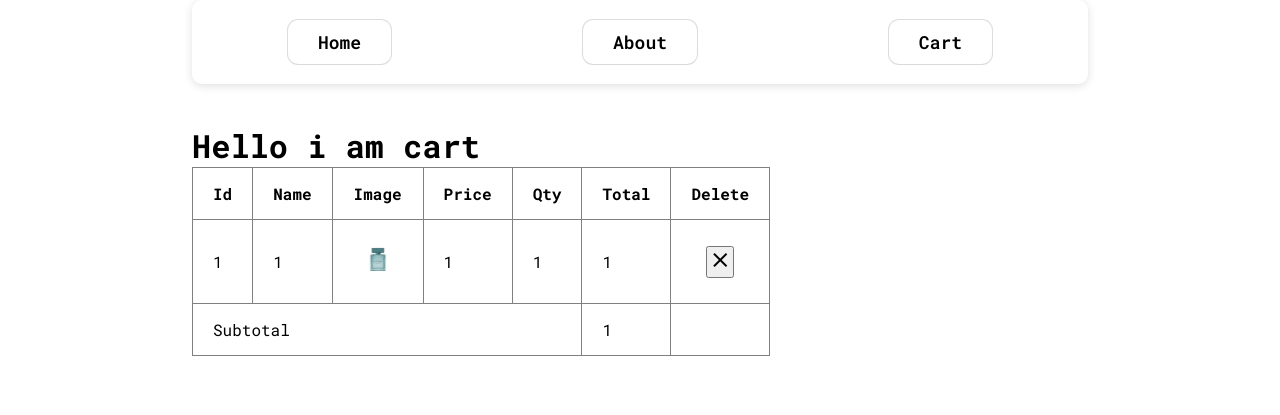
Repository: tuankiet10920/vuejs
Page: /cart
An editor plug-in stored every save of this project. The page is shown before and after the next save, followed by the edit.
The browser window is 1280 px wide. The pictures show the whole page.
The project was rebuilt for these pictures with package versions that can differ from the ones it lists, and the page was loaded fresh each time. Also part of the build but not shown: vite.config.js.

Above is the page before, as saved 2024-08-24 12:11:59.

### index.html
<!DOCTYPE html>
<html lang="en">

<head>
  <meta charset="UTF-8">
  <link rel="icon" href="/favicon.ico">
  <meta name="viewport" content="width=device-width, initial-scale=1.0">
  <title>Vite App</title>
  <link rel="stylesheet"
    href="https://fonts.googleapis.com/css2?family=Material+Symbols+Outlined:opsz,wght,FILL,GRAD@24,400,0,0" />
  <link rel="preconnect" href="https://fonts.googleapis.com">
  <link rel="preconnect" href="https://fonts.gstatic.com" crossorigin>
  <link href="https://fonts.googleapis.com/css2?family=Roboto+Mono:ital,wght@0,100..700;1,100..700&display=swap"
    rel="stylesheet">
  <style>
    * {
      margin: 0;
      padding: 0;
      box-sizing: border-box;
      list-style: none;
      text-decoration: none;
      font-family: "Roboto Mono", monospace;
      font-style: normal;
    }

    body {
      width: 100%;
      display: flex;
      justify-content: center;
    }

    #app {
      width: 70%;
    }
  </style>
</head>

<body>
  <div id="app"></div>
  <script type="module" src="/src/main.js"></script>
</body>

</html>

### src/main.js
import { createApp } from 'vue'
import App from './App.vue'
import router from './router'
import lsProduct from '../public/data/lsProduct.json';

if(!localStorage.getItem('lsProduct')){
    localStorage.setItem('lsProduct', JSON.stringify(lsProduct));
}
if(!localStorage.getItem('cart')){
    let cart = [];
    localStorage.setItem('cart', JSON.stringify(cart));
}
const app = createApp(App)

app.use(router)

app.mount('#app')

### src/App.vue
<template>

  <!-- header -->
  <Header />
  <RouterView />

</template>
<script>
import { RouterLink, RouterView } from 'vue-router'
import Header from './components/header.vue'
export default {
  components: {
    Header
  }
}

</script>

### src/router/index.js
import { createRouter, createWebHistory } from 'vue-router'

const router = createRouter({
  history: createWebHistory(import.meta.env.BASE_URL),
  routes: [
    {
      path: '/',
      name: 'home',
      component: () => import('../views/HomeView.vue')
    },
    {
      path: '/about',
      name: 'about',
      component: () => import('../views/AboutView.vue')
    },
    {
      path: '/cart',
      name: 'cart',
      component: () => import('../views/CartView.vue')
    }
  ]
})

export default router

### public/data/lsProduct.json
[
    {
        "id" : 1,
        "name" : "Donna Born In Roma",
        "price" : 1000000,
        "image" : "product-1.webp"
    },
    {
        "id" : 2,
        "name" : "Frangipani Flower Cologne",
        "price" : 2000000,
        "image" : "product-2.webp"
    },
    {
        "id" : 3,
        "name" : "Glossier You Eau",
        "price" : 3000000,
        "image" : "product-3.webp"
    },
    {
        "id" : 4,
        "name" : "Mini Cheirosa",
        "price" : 4000000,
        "image" : "product-4.webp"
    }
]

### src/components/header.vue
<template>
    <div class="header">
        <ul>
            <li>
                <RouterLink to="/">Home</RouterLink>
            </li>
            <li>
                <RouterLink to="/about">About</RouterLink>
            </li>
            <li>
                <RouterLink to="/cart">Cart</RouterLink>
            </li>
        </ul>
    </div>
</template>

<script>
export default {

}
</script>

<style>
.header {
    width: 100%;
    padding: 20px 0px;
    border-radius: 10px;
    box-shadow: rgba(99, 99, 99, 0.2) 0px 2px 8px 0px;
    margin-bottom: 40px;
}

.header ul {
    display: flex;
    justify-content: space-around;
    width: 100%;
}

.header ul li {
    box-shadow: rgba(0, 0, 0, 0.02) 0px 1px 3px 0px, rgba(27, 31, 35, 0.15) 0px 0px 0px 1px;
    padding: 10px 30px;
    border-radius: 10px;
    transition: all .3s ease-in-out;
}

.header ul li a {
    color: #000;
    font-size: 18px;
    font-weight: 600;
}

.header ul li:hover {
    box-shadow: rgba(50, 50, 93, 0.25) 0px 30px 60px -12px inset, rgba(0, 0, 0, 0.3) 0px 18px 36px -18px inset;
    border-radius: 0px;
}

.header ul li:hover a {
    color: #fff;
}
</style>

### src/views/CartView.vue
<template>
  <div>
    <h1>Hello i am cart</h1>
    <Table />
  </div>
</template>

<script>
import Table from '../components/table.vue'
export default {
  components: {
    Table
  }
}
</script>

### src/components/table.vue
<template>
    <table border="1px">
        <thead>
            <tr>
                <th>Id</th>
                <th>Name</th>
                <th>Image</th>
                <th>Price</th>
                <th>Qty</th>
                <th>Total</th>
                <th>Delete</th>
            </tr>
        </thead>
        <tbody>
            <tr>
                <td>1</td>
                <td>1</td>
                <td>
                    <img id="image" src="../../public/img/product-1.webp" alt="product-1">
                </td>
                <td>1</td>
                <td>1</td>
                <td>1</td>
                <td id="btn-delete" style="text-align: center;">
                    <button type="button">
                        <span class="material-symbols-outlined">
                            close
                        </span>
                    </button>
                </td>
            </tr>
            <tr>
                <td colspan="5">Subtotal</td>
                <td>1</td>
            </tr>
        </tbody>
    </table>
</template>
<script>
export default {

}
</script>

<style>
table {
    border-collapse: collapse;
}

th,
td {
    padding: 15px 20px;
}

#image {
    width: 50px;
}
</style>

After the next save:
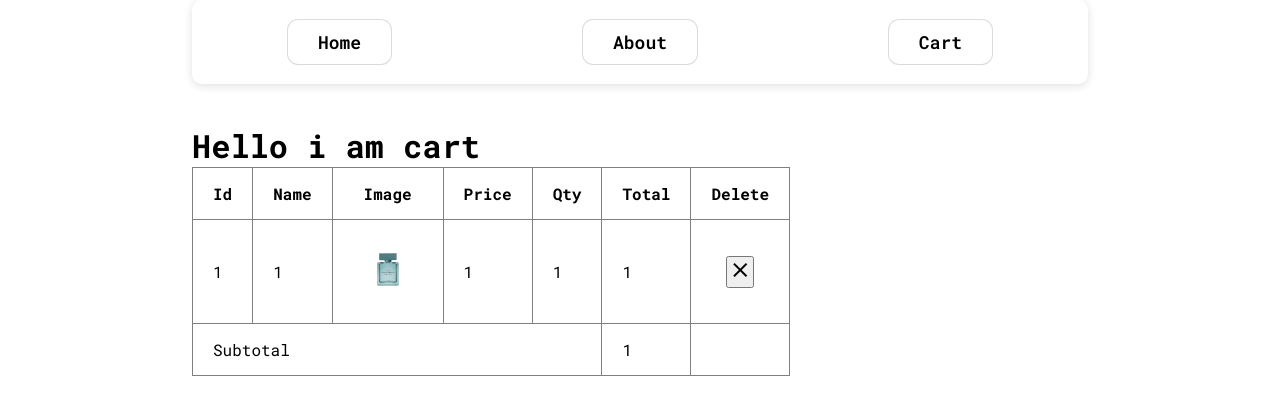
Saved 4 s later.
--- a/src/components/table.vue
+++ b/src/components/table.vue
@@ -53,6 +53,6 @@ td {
 }
 
 #image {
-    width: 50px;
+    width: 70px;
 }
 </style>
